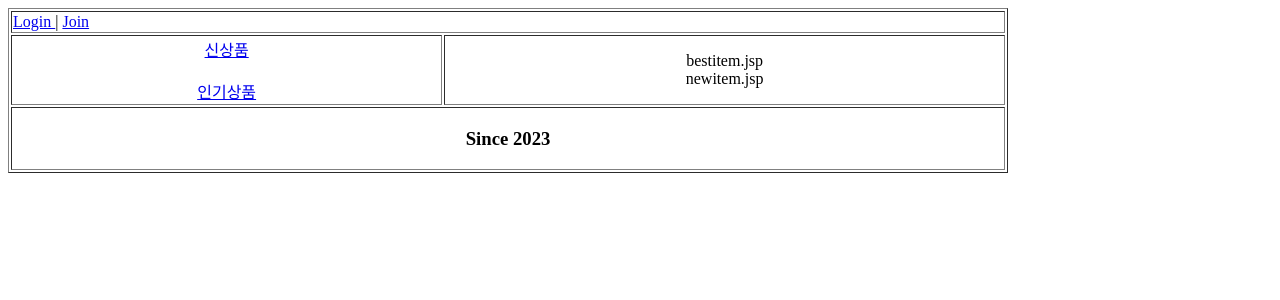
Repository: JeongDaejin/JSP-
Page: http://localhost/ServletTest/template.jsp?page=newitem
These files come from the project's save history. The page is drawn as it stood at one moment and after the next save; the edit follows.
The browser window is 1280 px wide. The pictures show the whole page.
The page is served by Tomcat 9. Other server files are loaded and not shown.

Above is the page before, as saved 2023-02-01 06:49:22.

### JSPExam2/ServletTest/src/main/webapp/template.jsp
<%@ page language="java" contentType="text/html; charset=EUC-KR"
    pageEncoding="EUC-KR"%>
<!DOCTYPE html>
<html>
<head>
<meta charset="EUC-KR">
<title>Insert title here</title>
</head>
<body>
<table border="1" style="width: 1000px; text-align: center;">

<tr >
<td colspan="2" style="text-align: left"><%@ include file="top.jsp" %></td>
</tr>
<tr>
<td><%@ include file="left.jsp" %><br>
</td>
<td>bestitem.jsp<br>
newitem.jsp</td>
</tr>
<tr>
<td colspan="2"><%@ include file="bottom.jsp" %></td>
</tr>



</table>

</body>
</html>

### JSPExam2/ServletTest/src/main/webapp/top.jsp
<%@ page language="java" contentType="text/html; charset=EUC-KR"
    pageEncoding="EUC-KR"%>
<!DOCTYPE html>
<html>
<head>
<meta charset="EUC-KR">
<title>Insert title here</title>
</head>
<body>
<a href="login.jsp">Login </a>
<h> | </h>
<a href="Join.jsp">Join</a>
</body>
</html>

### JSPExam2/ServletTest/src/main/webapp/left.jsp
<%@ page language="java" contentType="text/html; charset=EUC-KR"
    pageEncoding="EUC-KR"%>
<!DOCTYPE html>
<html>
<head>
<meta charset="EUC-KR">
<title>Insert title here</title>
</head>
<body style="text-align: center;">
<a href="newitem.jsp">신상품</a>
<br><br>
<a href="bestitem.jsp">인기상품</a>
</body>
</html>

### JSPExam2/ServletTest/src/main/webapp/bottom.jsp
<%@ page language="java" contentType="text/html; charset=EUC-KR"
    pageEncoding="EUC-KR"%>
<!DOCTYPE html>
<html>
<head>
<meta charset="EUC-KR">
<title>Insert title here</title>
</head>
<body>
<h3>Since 2023</h3>
</body>
</html>

After the next save:
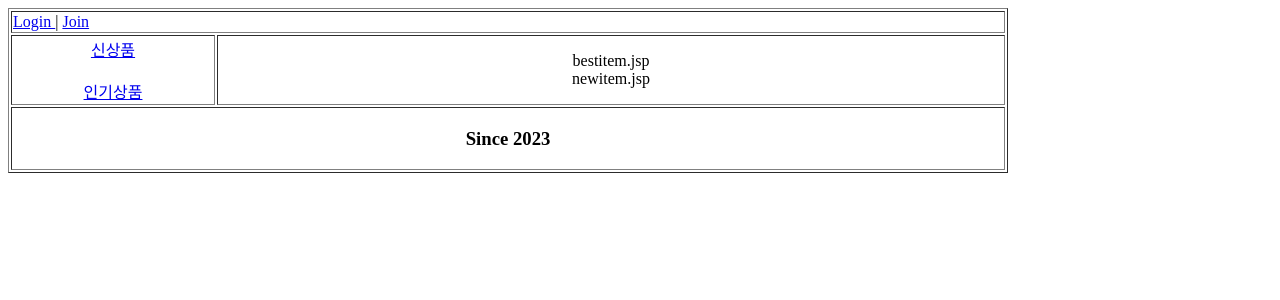
Saved 23 s later.
--- a/JSPExam2/ServletTest/src/main/webapp/template.jsp
+++ b/JSPExam2/ServletTest/src/main/webapp/template.jsp
@@ -13,7 +13,7 @@
 <td colspan="2" style="text-align: left"><%@ include file="top.jsp" %></td>
 </tr>
 <tr>
-<td><%@ include file="left.jsp" %><br>
+<td style="width:200px"><%@ include file="left.jsp" %><br>
 </td>
 <td>bestitem.jsp<br>
 newitem.jsp</td>
